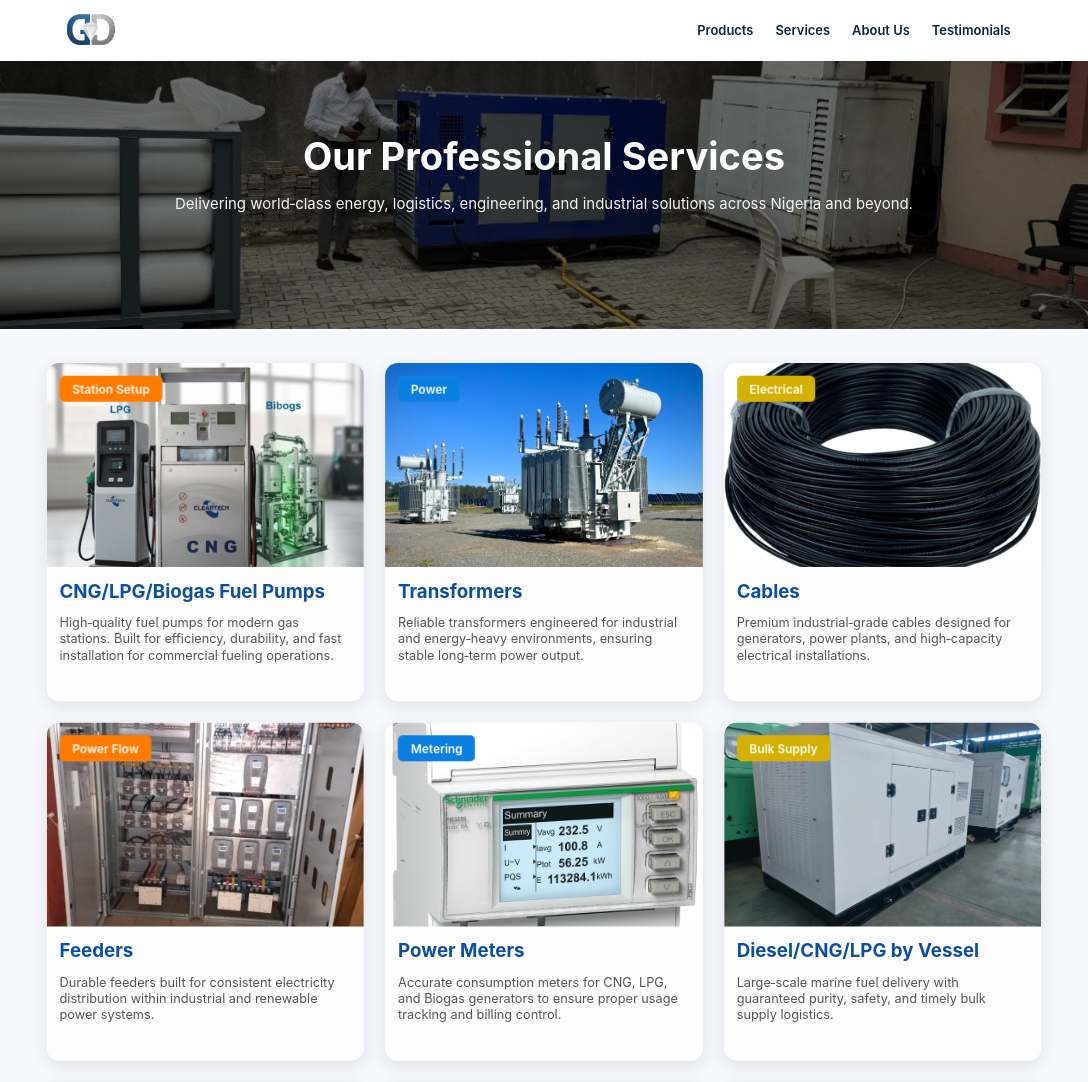
Repository: trenzyfx1/Discover-Diamond-Zillions-Nigeria-Limited
Page: pages/service.html
An editor plug-in stored every save of this project. The page is shown before and after a run of saves, followed by the edit.
The browser window is 1280 px wide. The pictures show the part of the page from y = 0 to 1273 px (the page is 3982 px tall), at 85% of full size.
Pictures or frames that could not be fetched are drawn as grey boxes.

Above is the page before, as saved 2025-11-27 17:17:12.
Console error: TypeError: Cannot read properties of null (reading 'querySelector')

After the next 2 saves:
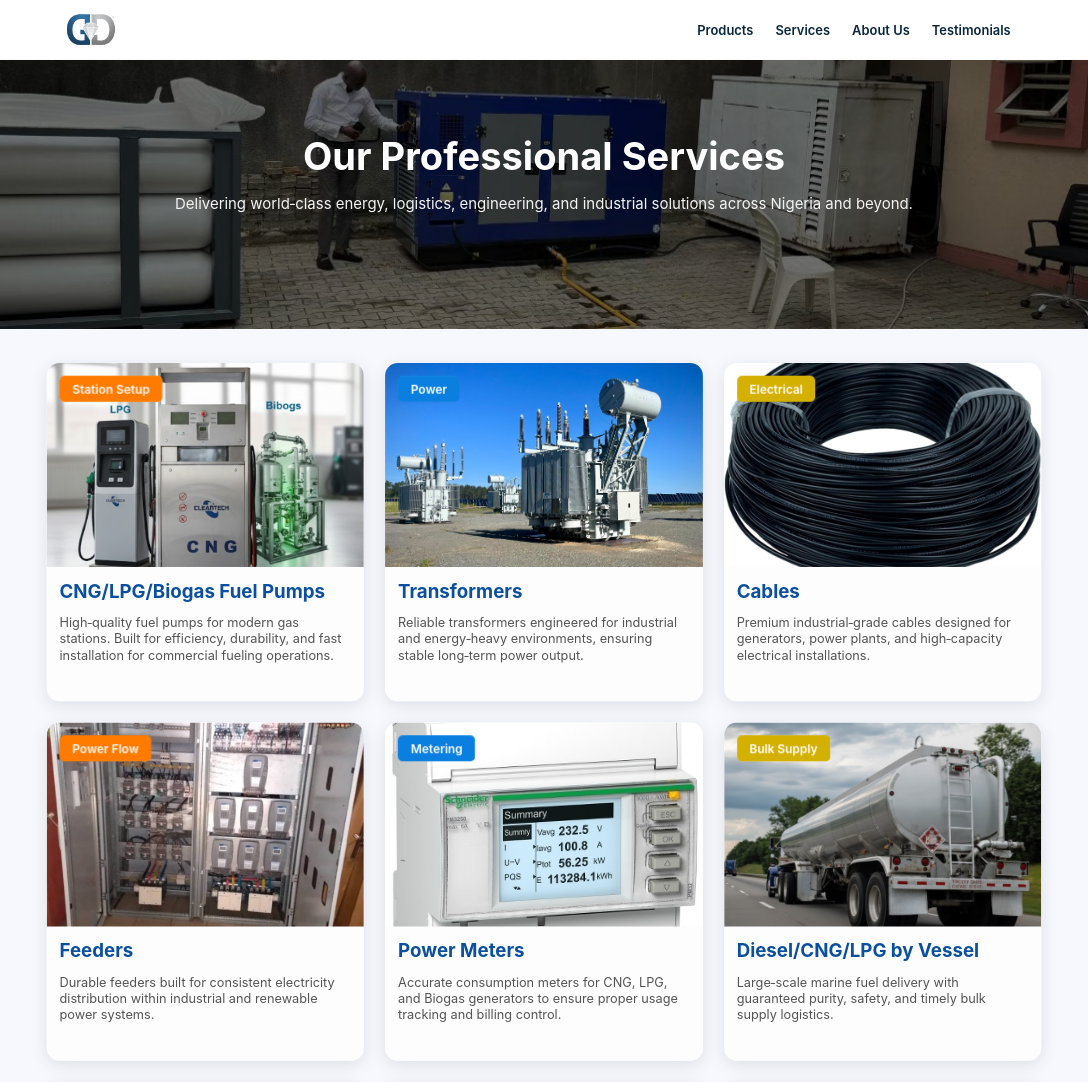
The 2 saves are shown as one change because they came seconds apart.
The last was saved 6 s later.
--- a/pages/service.html
+++ b/pages/service.html
@@ -106,7 +106,7 @@
                 <!-- 6 -->
                 <div class="generator-card">
                     <div class="badge yellow">Bulk Supply</div>
-                    <img src="../images/product2.jpg" alt="Fuel Vessel" />
+                    <img src="../images/product27.PNG" alt="Fuel Vessel" />
                     <h3>Diesel/CNG/LPG by Vessel</h3>
                     <p>Large‑scale marine fuel delivery with guaranteed purity, safety, and timely bulk supply
                         logistics.</p>
